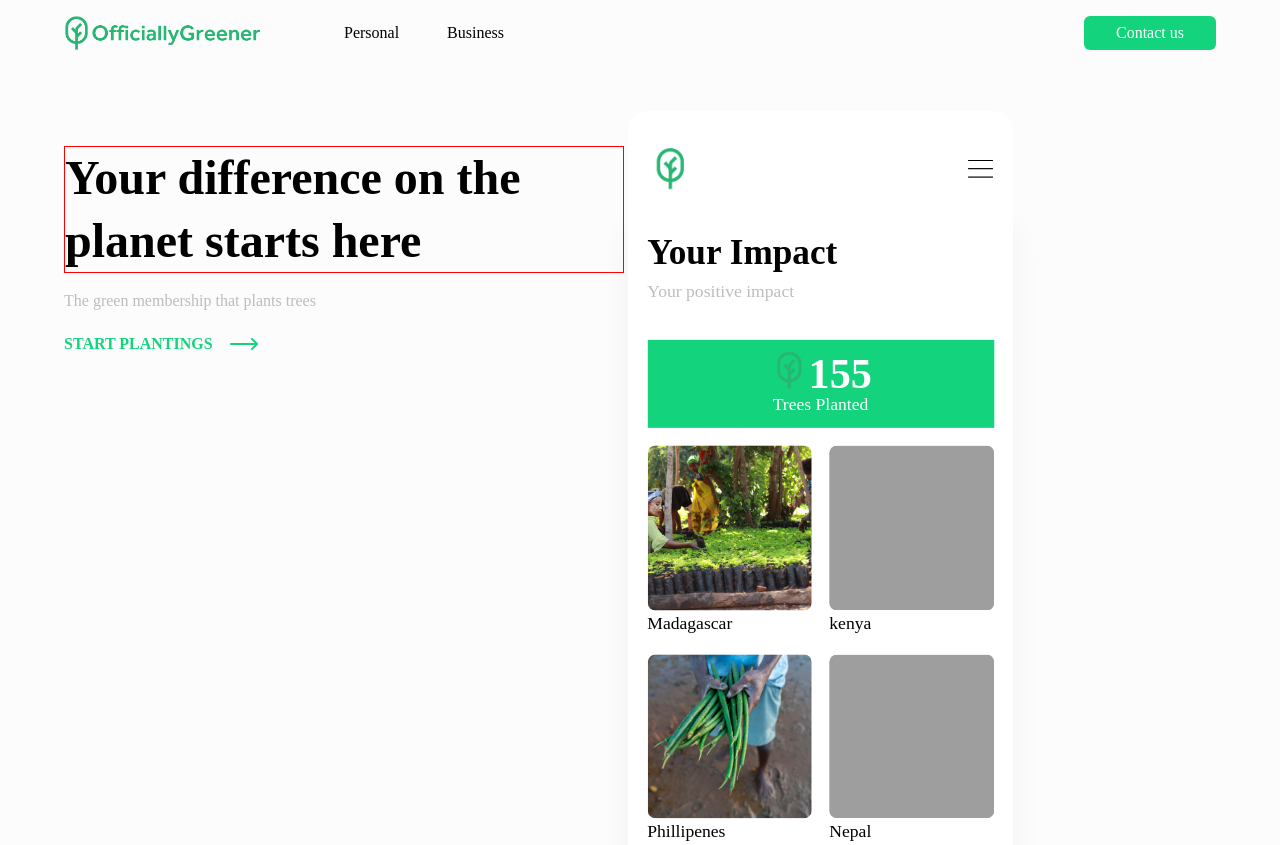
Repository: Sinkycode/Officially-Greener
Page: index.html
These files come from the project's save history. The page is drawn as it stood at one moment and after the next save; the edit follows.
The browser window is 1280 px wide. The pictures show the whole page.
Pictures or frames that could not be fetched are drawn as grey boxes.

Above is the page before, as saved 2023-03-07 23:19:16.

### index.html
<!DOCTYPE html>
<html lang="en">
<head>
  <meta charset="UTF-8">
  <meta http-equiv="X-UA-Compatible" content="IE=edge">
  <meta name="viewport" content="width=device-width, initial-scale=1.0">
  <link rel="stylesheet" href="style.css">
  <title>Officially Greener</title>
</head>
<body>
  <div id="landing-page">
    <header>
      <img src="logo/Officially Greener Transparent background.png" alt="officially mobile logo" id="logo" width="200px">
      <ul class="nav-list">
        <li><a href="http://">Personal</a></li>
        <li><a href="http://">Business</a></li>
      </ul>
     <button class="btn">Contact us</button>
    </header>

    <div class="landing-page__container container">
      <div class="context">
        <h1 class="landing-page__big-txt">Your difference on the planet starts here</h1>
        <p class="landing-page__gray-para">The green membership that plants trees</p>
        <a href="#" class="direct-link">Start plantings<img src="images/icons8-right-arrow-60.png" alt=""></a>
      </div>

      <div class="mockup">
        <div class="phone">
         <div class="container">
          <div class="navigation">
            <img src="logo/officially logo mobile.png" alt="mockup logo" class="phone-logo">
            <img src="images/icons8-menu-rounded-50.png" alt="mockup bars" class="phone-bars">
          </div>
          <div class="wrapper">
            <h1 class="mockup-big-txt">Your Impact</h1>
            <p class="phone-gray-para">Your positive impact</p>
            <div class="tree-planted">
              <div class="rate">
                <img src="logo/officially logo mobile.png">
                <span>155</span>
              </div>
              <p>Trees Planted</p>
            </div>

            <div class="mockup-gallery">
              <div>
                <img src="images/Magagascar.jpg" alt="">
                <span>Madagascar</span>
              </div>
              <div>
                <img src="images/Kenya.jpg" alt="">
                <span>kenya</span>
              </div>
              <div>
                <img src="images/Phillipenes.jpg" alt="">
                <span>Phillipenes</span>
              </div>
              <div>
                <img src="images/Nepal.jpg" alt="">
                <span>Nepal</span>
              </div>

            </div>
          </div>
         </div>
        </div>
      </div>
    </div>
  </div>
</body>
</html>

### style.css
:root {
  --accent: rgb(19, 212, 125);
}

*, *::after, *::before {
  box-sizing: border-box;
  margin: 0;
  padding: 0;
}

html, body {
  font-family: 'effra';
  scroll-behavior: smooth;
  overflow-x: hidden;
}

body {
  line-height: 1.5;
  font-size: 16px;
  background-color:hsl(0, 0%, 99%);
}

/* CUSTOMIZATION */
img {
  max-width: 100%;
  display: block;
}

button, input {
  outline: none;
  border: none;
  /* background: transparent; */
  font-family: inherit;
  font-size: inherit;
  color: inherit;
}

ul, p {
  margin: 0;
  list-style: none;

}

a {
  text-decoration: none;
  color: inherit;
}

h1,h2,h3 {
  margin: 0;
}

.container {
  max-width: 90%;
  margin: 0 auto;
}

header {
  display: flex;
  align-items: center;
  gap: 5rem;
  padding-block: 1rem;
  max-width: 90%;
  margin: 0 auto;
  /* border: 1px solid red; */
}

.nav-list {
  display: flex;
  gap: 3rem;
}

header > *:last-child {
  margin-left: auto;
}

.btn {
  background-color: var(--accent);
  color: white;
  padding: .5rem 2rem;
  border-radius: 6px;
}

@media (min-width: 1200px) {
  .landing-page__container {
    /* border: 1px solid red; */
    padding-top: 5rem;
    display: grid;
    grid-template-columns: 1fr 1fr;
    gap: 2rem;
  }
}

.landing-page__big-txt {
  font-size: clamp(2rem, 1rem + 10vw, 3rem);
  line-height: 1.3;
  margin-bottom: 1rem;
  border: 1px solid red;
}

.phone-gray-para,
.landing-page__gray-para {
  color: rgb(189, 189, 189);
  margin-bottom: 1rem;
}

.direct-link {
  text-transform: uppercase;
  font-weight: bold;
  color: var(--accent);
  display: flex;
  align-items: center;
  gap: 1rem;
}

.direct-link img {
  width: 30px;
}

/* Mockup */

.mockup {
  transform: scale(1.1)
}

.phone {
  background-color: white;
  max-width: 350px;
  border-radius: 18px;
  padding-block: 2rem;
  box-shadow: 0px 100px 28px rgba(0, 0, 0, 0.047);
}

.mockup .navigation {
  display: flex;
  align-items: center;
  justify-content: space-between;
  margin-bottom: 2rem;
}

.phone-logo {
  max-width: 40px;
}
.phone-bars {
  max-width: 25px;
}

.mockup-big-txt {
  font-size: 2rem;
  font-weight: bold;
}

.phone-gray-para {
  margin-bottom: 2rem;
}

.tree-planted {
  display: block;
  min-height: 80px;
  padding-block: .5rem;
  background-color: var(--accent);
  color: white;
  display: flex;
  flex-direction: column;
  align-items: center;
  justify-content: center;
  margin-bottom: 1rem;
  line-height: initial !important;
}

.tree-planted .rate {
  display: flex;
  align-items: center;
  transform: scale(1.2);
}

.tree-planted .rate img {
  max-width: 30px;
  align-self: flex-start;
}

.tree-planted .rate span {
  align-self: flex-end;
  font-size: 2rem;
  font-weight: bold;
}
.mockup-gallery {
  display: grid;
  grid-template-columns: repeat(2, 1fr);
  gap: 1rem;
}

.mockup-gallery img {
  width: 100%;
  aspect-ratio: 1 / 1;
  object-fit: cover;
  border-radius: 7px;
}

After the next save:
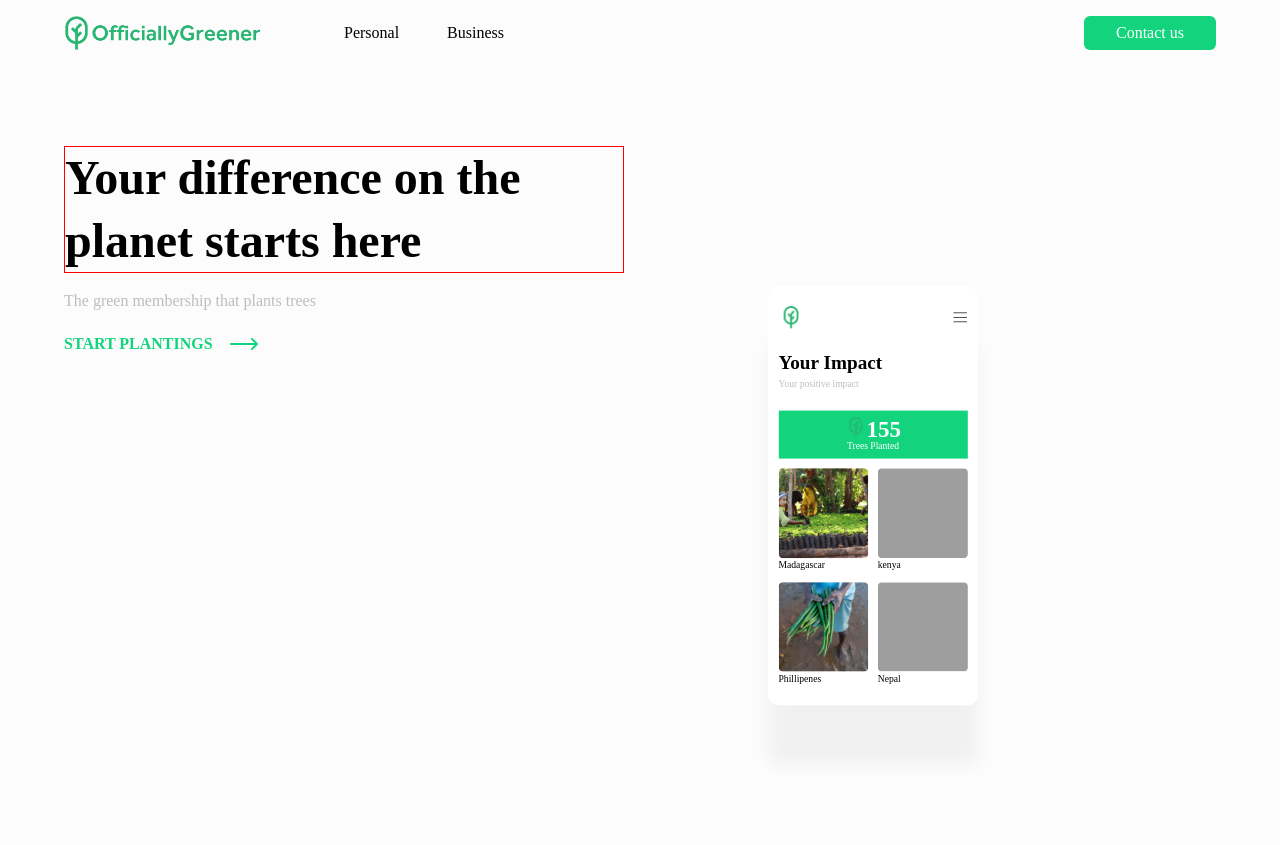
Saved 6 s later.
--- a/style.css
+++ b/style.css
@@ -120,7 +120,7 @@
 /* Mockup */
 
 .mockup {
-  transform: scale(1.1)
+  transform: scale(.6)
 }
 
 .phone {
